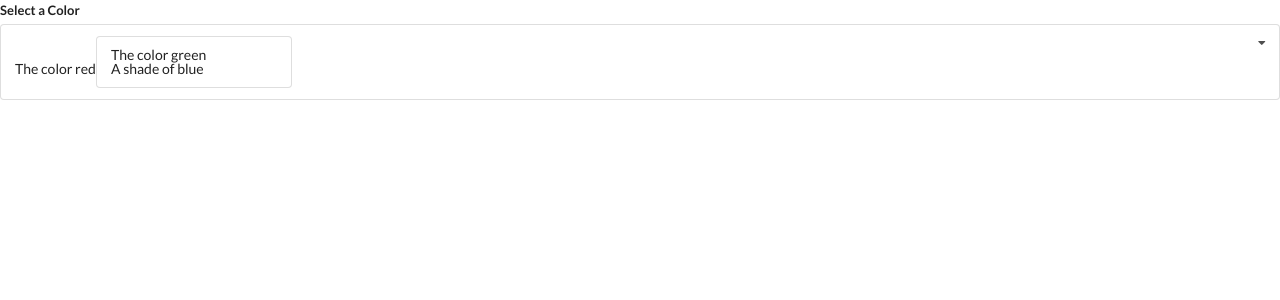
Repository: DaveBaulch/react-course-widgets
Page: /
An editor plug-in stored every save of this project. The page is shown before and after the next save, followed by the edit.
The browser window is 1280 px wide. The pictures show the whole page.
The project was rebuilt for these pictures with package versions that can differ from the ones it lists, and the page was loaded fresh each time.

Above is the page before, as saved 2020-12-06 14:13:56.

### src/App.js
import React, { useState } from 'react';
// import Accordion from './components/Accordion';
// import Search from './components/Search';
import Dropdown from './components/Dropdown';

// const items = [
//   {
//     title: 'What is React?',
//     content: 'React is a front end javascript framework'
//   },
//   {
//     title: 'Why use React?',
//     content: 'React is favorite JS library among engineers'
//   },
//   {
//     title: 'How do you use React?',
//     content: 'You use React by creating components'
//   }
// ];

const options = [
  {
    label: 'The color red',
    value: 'red'
  },
  {
    label: 'The color green',
    value: 'green'
  },
  {
    label: 'A shade of blue',
    value: 'blue'
  }
];

export default () => {
  const [selected, setSelected] = useState(options[0]);

  return (
    <div>
      {/*{<Accordion items={items} />
      <Search />*/}
      <Dropdown
        selected={selected}
        onSelectedChange={setSelected}
        options={options}
      />
    </div>
  );
};

### src/components/Dropdown.js
import React, { useState } from 'react';

const Dropdown = ({ options, selected, onSelectedChange }) => {
  const [open, setOpen] = useState(false);

  const renderedOptions = options.map((option) => {
    if (option.value === selected.value) {
      return null;
    }

    return (
      <div
        key={option.value}
        className="item"
        onClick={() => onSelectedChange(option)}
      >
        {option.label}
      </div>
    );
  });

  return (
    <div className="ui form">
      <div className="field">
        <label className="label">Select a Color</label>
        <div
          className={`ui selection dropdown ${open ? 'visible active' : ''}`}
          onClick={() => setOpen(!open)}
        >
          <i className="dropdown icon"></i>
          <div className="text">{selected.label}</div>
          <div
            className={`ui selection dropdown ${open ? 'visible transition' : ''}`}
          >
            {renderedOptions}
          </div>
        </div>
      </div>
    </div>
  );
};

export default Dropdown;

Loaded but not shown: public/index.html (common file); src/index.js (common file)

After the next save:
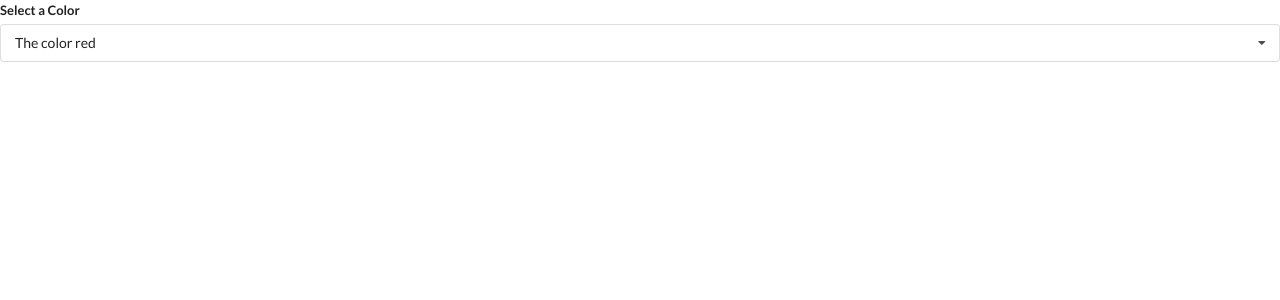
Saved 7 s later.
--- a/src/components/Dropdown.js
+++ b/src/components/Dropdown.js
@@ -29,9 +29,7 @@ const Dropdown = ({ options, selected, onSelectedChange }) => {
         >
           <i className="dropdown icon"></i>
           <div className="text">{selected.label}</div>
-          <div
-            className={`ui selection dropdown ${open ? 'visible transition' : ''}`}
-          >
+          <div className={`menu ${open ? 'visible transition' : ''}`}>
             {renderedOptions}
           </div>
         </div>
